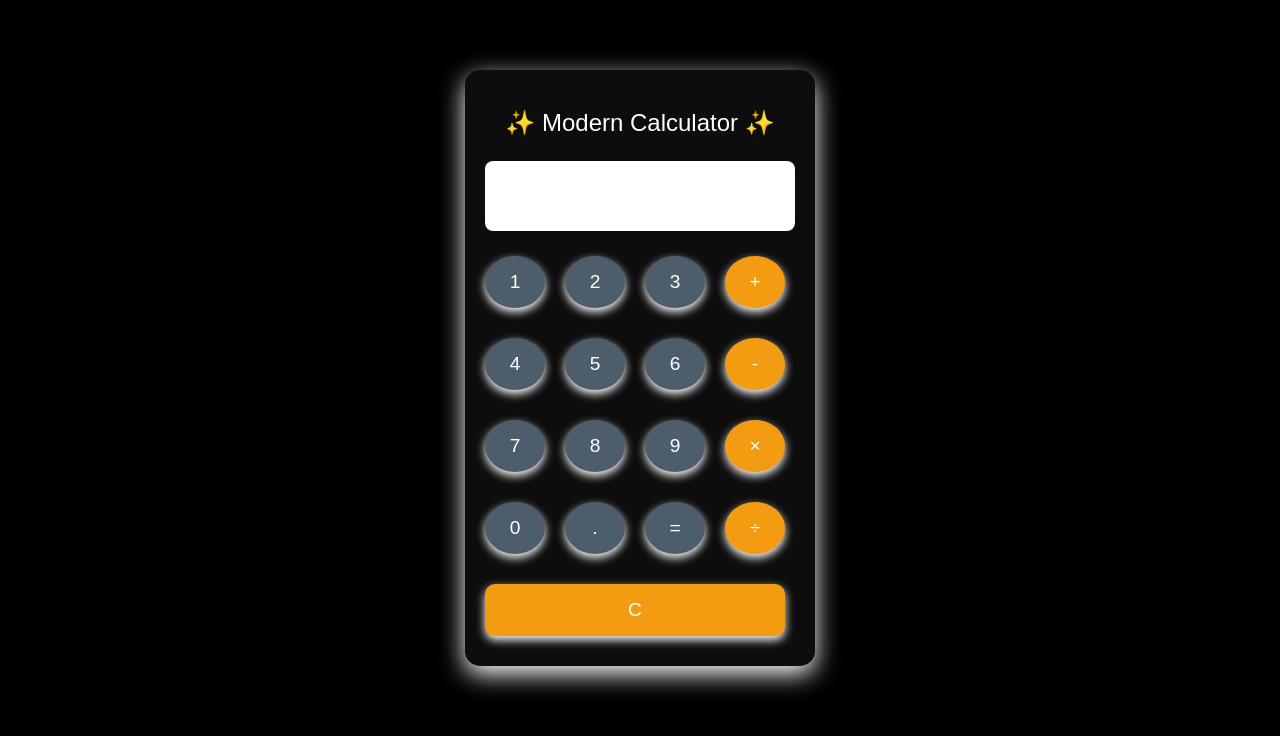
Repository: hawamubarakk/Calculator
Page: calculator.html
These files come from the project's save history. The page is drawn as it stood at one moment and after the next save; the edit follows.
The browser window is 1280 px wide. The pictures show the whole page.

Above is the page before, as saved 2025-08-15 22:00:40.

### calculator.html
<!DOCTYPE html>
<html lang="en">
<head>
  <meta charset="UTF-8">
  <meta name="viewport" content="width=device-width, initial-scale=1.0">
  <title>Modern Calculator</title>
  <link rel="stylesheet" href="style.css">
</head>
<body>
  <div class="calculator-container">
    <h2>✨ Modern Calculator ✨</h2>
    <p class="js-calculation"></p>

    <div class="buttons-grid">
      <button data-value="1">1</button>
      <button data-value="2">2</button>
      <button data-value="3">3</button>
      <button class="op" data-value="+">+</button>

      <button data-value="4">4</button>
      <button data-value="5">5</button>
      <button data-value="6">6</button>
      <button class="op" data-value="-">-</button>

      <button data-value="7">7</button>
      <button data-value="8">8</button>
      <button data-value="9">9</button>
      <button class="op" data-value="*">×</button>

      <button data-value="0">0</button>
      <button data-value=".">.</button>
      <button id="equals">=</button>
      <button class="op" data-value="/">÷</button>

      <button id="clear" class="clear-btn">C</button>
    </div>
  </div>

  <script src="script.js"></script>
</body>
</html>

### style.css
body {
  background-color: black;
  font-family: Arial, sans-serif;
  color: black;
  display: flex;
  justify-content: center;
  align-items: center;
  height: 100vh;
}

.calculator-container {
  background: rgba(255, 255, 255, 0.05);
  padding: 20px;
  border-radius: 15px;
  box-shadow: 0 8px 25px white;
  text-align: center;
}

h2 {
  margin-bottom: 10px;
  font-weight: normal;
  color: white;
}

.js-calculation {
  background: white;
  padding: 15px;
  border-radius: 8px;
  font-size: 1.5rem;
  margin-bottom: 15px;
  min-height: 40px;
  transition: all 0.3s ease-in-out;
}

.buttons-grid {
  display: grid;
  grid-template-columns: repeat(4, 70px);
  gap: 10px;
}

button {
  font-size: 1.2rem;
  padding: 15px;
  border: none;
  border-radius: 50%;
  background: #4e5d6c;
  color: white;
  cursor: pointer;
  transition: transform 0.15s ease;
  box-shadow: 0 4px 10px white;
  margin-top: 10px;
  margin-bottom: 10px;
  margin-right: 10px;
}

button:hover {
  background: #5b8abc;
  transform: scale(1.1);
}

button:active {
  transform: scale(0.9);
}

.op {
  background: #f39c12;
}

.op:hover {
  background: #e67e22;
}

.clear-btn {
  grid-column: span 4;
  border-radius: 10px;
  background: #f39c12;
}

.clear-btn:hover {
  background: #e74c3c;
}

### script.js
let calculation = localStorage.getItem('calculation') || '';
displayCalculation();

function updateCalculation(value) {
  calculation += value;
  displayCalculation();
  localStorage.setItem('calculation', calculation);
}

function displayCalculation() {
  document.querySelector('.js-calculation').textContent = calculation;
}

function evaluateCalculation() {
  try {
    calculation = eval(calculation);
    displayCalculation();
    localStorage.setItem('calculation', calculation);
  } catch {
    calculation = "Error";
    displayCalculation();
  }
}

function clearCalculation() {
  calculation = '';
  displayCalculation();
  localStorage.setItem('calculation', calculation);
}

// Mouse Click Support
document.querySelectorAll('button[data-value]').forEach(btn => {
  btn.addEventListener('click', () => {
    updateCalculation(btn.getAttribute('data-value'));
  });
});

document.getElementById('equals').addEventListener('click', evaluateCalculation);
document.getElementById('clear').addEventListener('click', clearCalculation);

// Keyboard Support
document.addEventListener("keydown", function(event) {
  const key = event.key;

  if (!isNaN(key) || key === ".") updateCalculation(key);
  if (["+", "-", "*", "/"].includes(key)) updateCalculation(` ${key} `);
  if (key === "Enter") evaluateCalculation();
  if (key === "Backspace") {
    calculation = calculation.slice(0, -1);
    displayCalculation();
  }
  if (key === "Escape") clearCalculation();
});

After the next save:
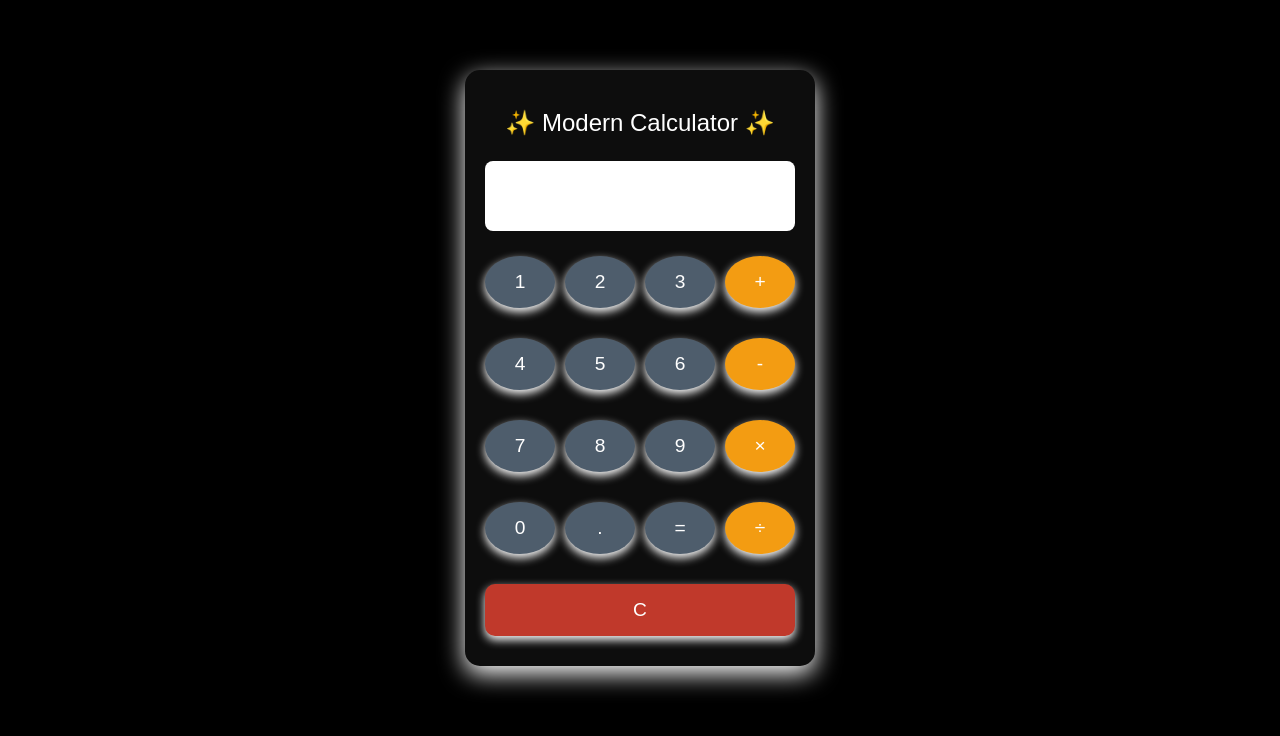
Saved 19 s later.
--- a/style.css
+++ b/style.css
@@ -50,7 +50,7 @@ button {
   box-shadow: 0 4px 10px white;
   margin-top: 10px;
   margin-bottom: 10px;
-  margin-right: 10px;
+  margin-right: ;
 }
 
 button:hover {
@@ -73,7 +73,7 @@ button:active {
 .clear-btn {
   grid-column: span 4;
   border-radius: 10px;
-  background: #f39c12;
+  background: #c0392b;
 }
 
 .clear-btn:hover {
